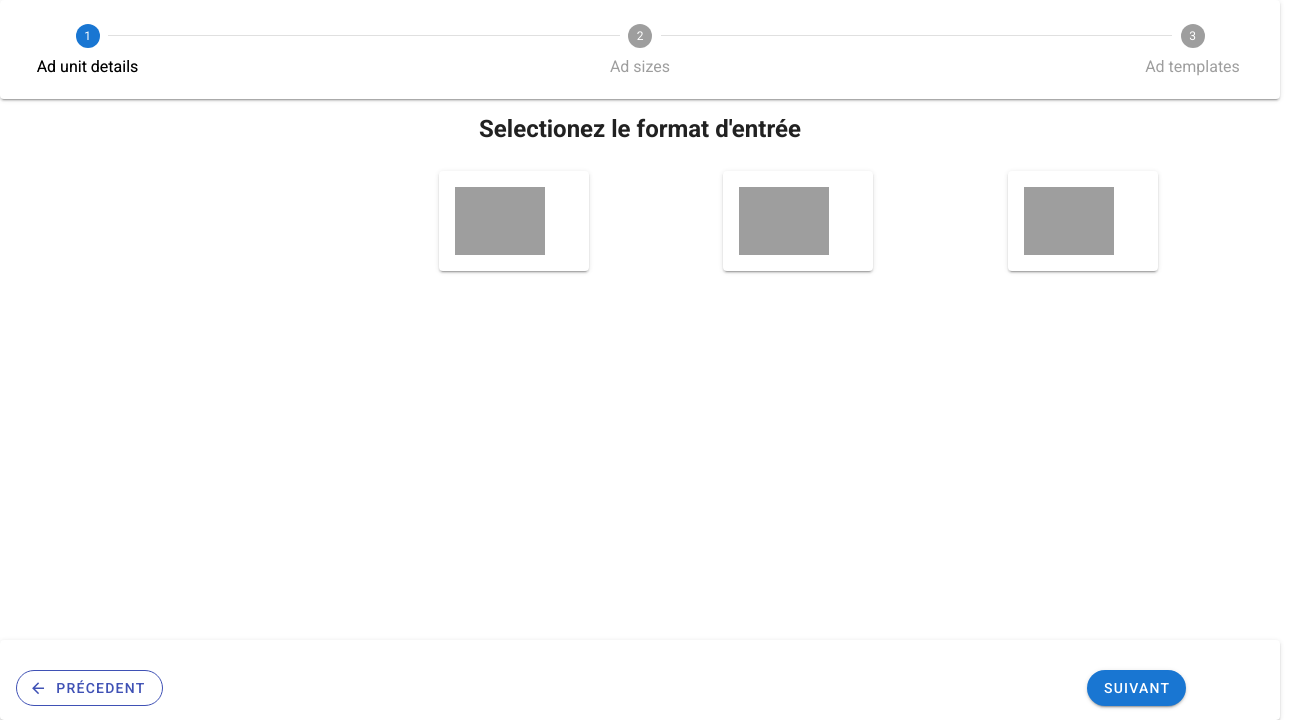
Repository: SidneyHodieb/myc
Page: /addsource/format
The author's editor kept a copy of each file at every save. The page is drawn from the files as they stood at one save, then again after the next save.
The browser window is 1280 px wide. The page is 1292 px wide, so the pictures cover 1292 px, including what lies to the right of the window. The pictures show the whole page.
Pictures or frames that could not be fetched are drawn as grey boxes. The project was rebuilt for these pictures with package versions that can differ from the ones it lists, and the page was loaded fresh each time. Also part of the build but not shown: vue.config.js, src/views/Home.vue, src/views/addSource/components/card.vue, src/views/addSource/components/trigger.vue.

Above is the page before, as saved 2021-04-04 13:07:39.

### src/App.vue
<template>
  <v-app>
    <v-main>
      <router-view></router-view>
    </v-main>
  </v-app>
</template>

<script>

export default {
  name: 'App',
  data: () => ({
    //
  }),
};
</script>

### src/router/index.js
import Vue from 'vue'
import VueRouter from 'vue-router'
import Home from '../views/Home.vue'
import addSource from '../views/addSource/column'
import format from '../views/addSource/components/format'
import card from '../views/addSource/components/card'
import trigger from '../views/addSource/components/trigger'

Vue.use(VueRouter)

const routes = [
  {
    path: '/',
    name: 'Home',
    component: Home
  },
  {
    path: '/addsource',
    name: 'addSource',
    component: addSource,
    children: [
      {
        path: 'format',
        component: format
      },
      {
        path: 'card',
        component: card
      },
      {
        path: 'trigger',
        component: trigger
      }
    ]
  },
  {
    path: '/about',
    name: 'About',
    // route level code-splitting
    // this generates a separate chunk (about.[hash].js) for this route
    // which is lazy-loaded when the route is visited.
    component: function () {
      return import(/* webpackChunkName: "about" */ '../views/About.vue')
    }
  }
]

const router = new VueRouter({
  mode: 'history',
  base: process.env.BASE_URL,
  routes
})

export default router

### src/views/addSource/column.vue
<template>
  <div>
    <!-- Header -->
      <v-stepper alt-labels>
          <v-stepper-header>
            <v-stepper-step step="1">
              Ad unit details
            </v-stepper-step>

            <v-divider></v-divider>

            <v-stepper-step step="2">
              Ad sizes
            </v-stepper-step>

            <v-divider></v-divider>

            <v-stepper-step step="3">
              Ad templates
            </v-stepper-step>
          </v-stepper-header>
        </v-stepper>

        <!-- Content -->
        <router-view></router-view>
        <!--Footer  -->

<v-card class="card-bottom">

    <v-row>
       <v-col>
       <v-btn
       class="ml-4"
      rounded
      outlined
      color="indigo"
    >
     <v-icon left>
        mdi-arrow-left
      </v-icon>
      Précedent
    </v-btn>
       </v-col>

  <v-col offset-md="8" offset-sm="8">
      <v-btn
      rounded
      color="primary"
      dark
    >
      Suivant
    </v-btn>
      </v-col>
      </v-row>
    </v-card>

  </div>
</template>

<script>
export default {

}
</script>

<style lang="scss" scoped>

.card-bottom{
  position: absolute;bottom: 0;width:100%; height: 50px; padding-bottom:50px; padding-top:30px
}

</style>

### src/views/addSource/components/format.vue
<template>
  <v-container fluid grid-list-md>
    <v-row>
      <v-col md="12" sm="12" class="text-center">
        <h2>Selectionez le format d'entrée</h2>
      </v-col>
      <v-col offset-md="4">
        <v-card width="150">
          <v-card-text>
            <div>
          <v-img
           width="90"
            src="https://www.flaticon.com/svg/vstatic/svg/786/786788.svg?token=exp=1617473650~hmac=f02174a0ee444bdd71a855da4ad95c3d"
        ></v-img>
        </div>
         </v-card-text>
        </v-card>
      </v-col>
      <v-col>
        <v-card width="150">
          <v-card-text>
          <v-img
           width="90"
            src="https://www.flaticon.com/svg/vstatic/svg/2306/2306016.svg?token=exp=1617475854~hmac=35e4e709fb9fa1338bb7b9cd5032613a"
        ></v-img>
         </v-card-text>
        </v-card>
      </v-col>
      <v-col>
        <v-card width="150">
           <v-card-text>
          <v-img
           width="90"
            src="https://www.flaticon.com/svg/vstatic/svg/994/994152.svg?token=exp=1617476036~hmac=b132b4a2ee4139281536cfde68b7345e"
        ></v-img>
         </v-card-text>
        </v-card>
      </v-col>
    </v-row>
  </v-container>
</template>

<script>
export default {
  data () {
      return {
        checkbox: true,
      }
    },
}
</script>

<style lang="scss" scoped>

.checkbox-round {
    width: 1.3em;
    height: 1.3em;
    background-color: white;
    border-radius: 50%;
    vertical-align: middle;
    border: 1px solid #ddd;
    -webkit-appearance: none;
    outline: none;
    cursor: pointer;
}
</style>

Loaded but not shown: public/index.html (common file); src/main.js (common file); src/store/index.js (common file); src/plugins/vuetify.js (common file)

After the next save:
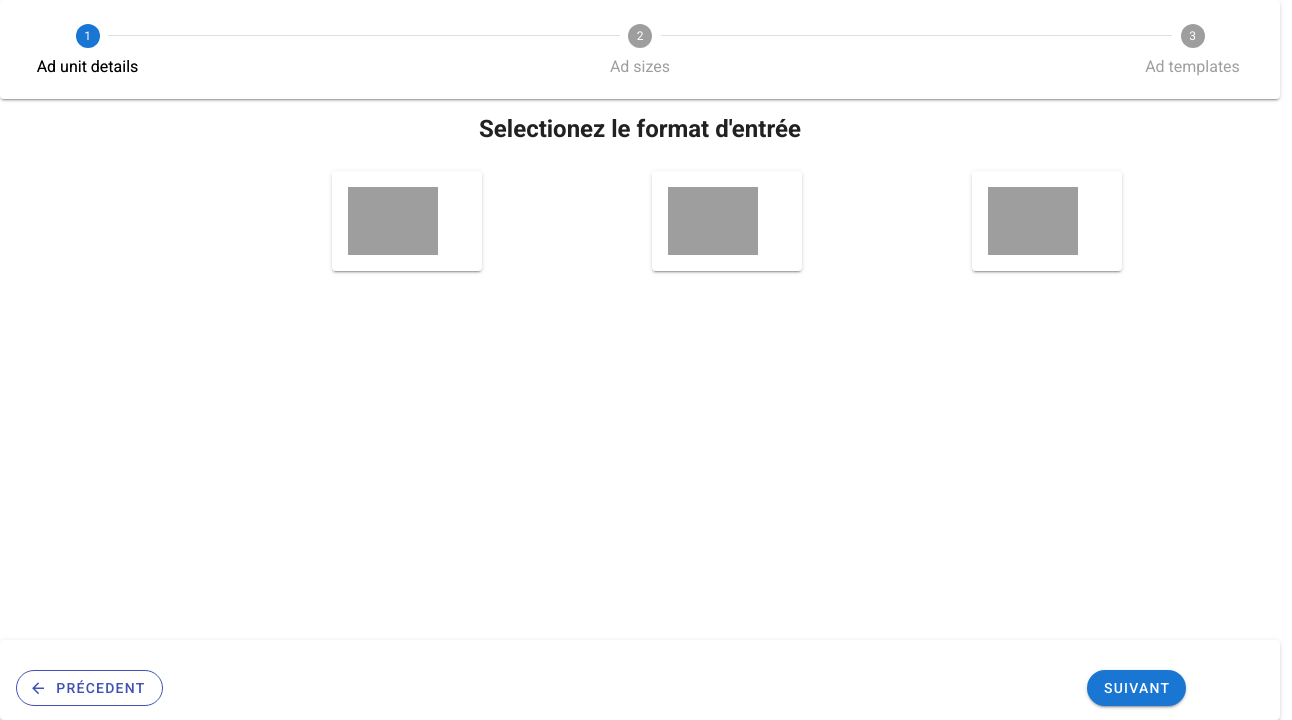
Saved 13 s later.
--- a/src/views/addSource/components/format.vue
+++ b/src/views/addSource/components/format.vue
@@ -4,7 +4,7 @@
       <v-col md="12" sm="12" class="text-center">
         <h2>Selectionez le format d'entrée</h2>
       </v-col>
-      <v-col offset-md="4">
+      <v-col offset-md="3">
         <v-card width="150">
           <v-card-text>
             <div>
